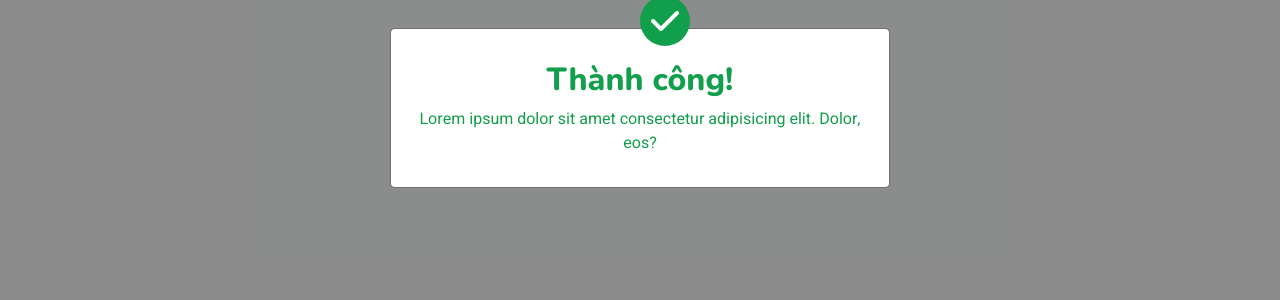
Repository: Dangtrinh28/thuymoc
Page: bookingSuccess.html
The author's editor kept a copy of each file at every save. The page is drawn from the files as they stood at one save, then again after the next save.
The browser window is 1280 px wide. The pictures show the whole page.
Some web libraries are served in a nearby version.

Above is the page before, as saved 2022-11-25 04:14:51.

After the next save:
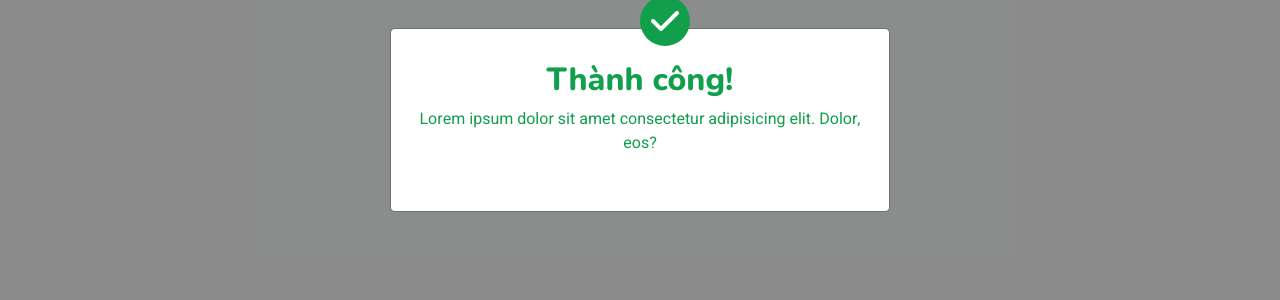
Saved 41 s later.
--- a/bookingSuccess.html
+++ b/bookingSuccess.html
@@ -43,6 +43,8 @@
                         <i class="modal-body-icon fa-solid fa-check"></i>
                         <h2 class="text-primary text-title pt-3">Thành công!</h2>
                         <p>Lorem ipsum dolor sit amet consectetur adipisicing elit. Dolor, eos?</p>
+
+                        <div class="btn"></div>
                     </div>
                 </div>
             </div>
